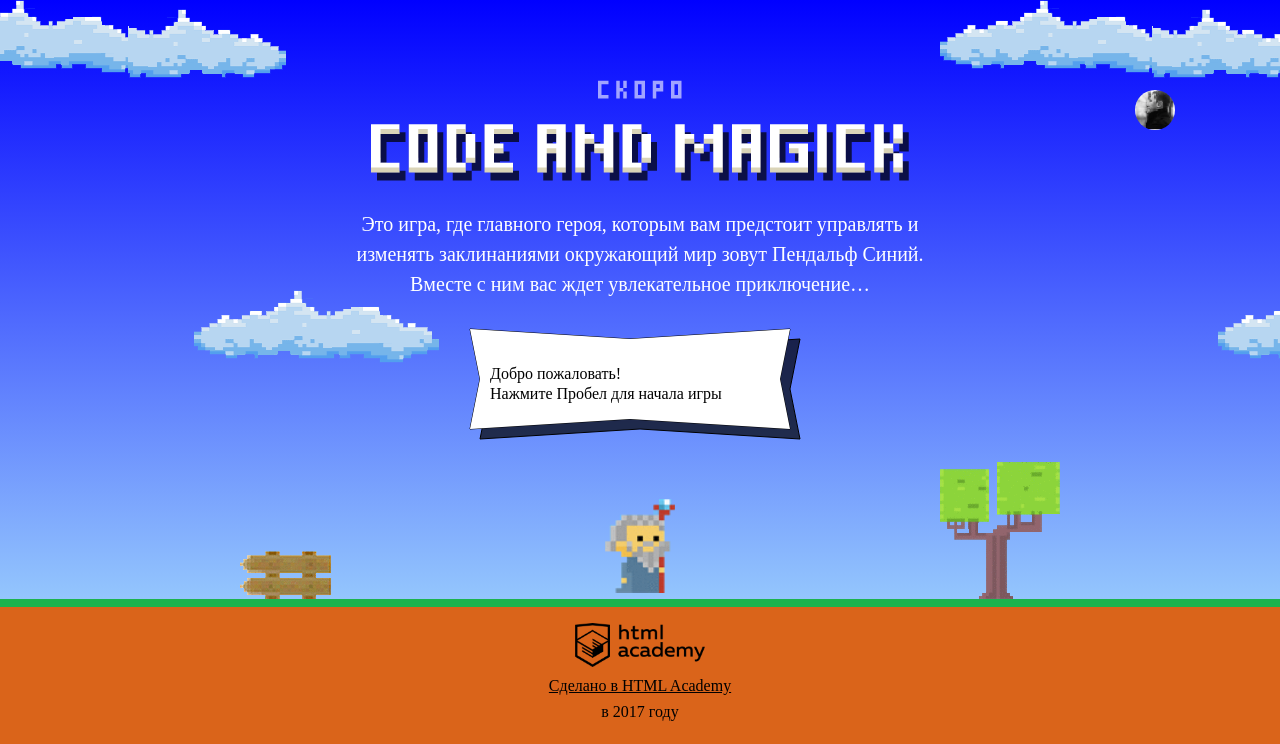
Repository: infernotw/1054987-code-and-magick-18
Page: index.html
These files come from the project's save history. The page is drawn as it stood at one moment and after the next save; the edit follows.
The browser window is 1280 px wide. The pictures show the whole page.
Some web fonts or font styles are not loaded; a fallback is used.

Above is the page before, as saved 2019-09-11 19:59:15.

After the next save:
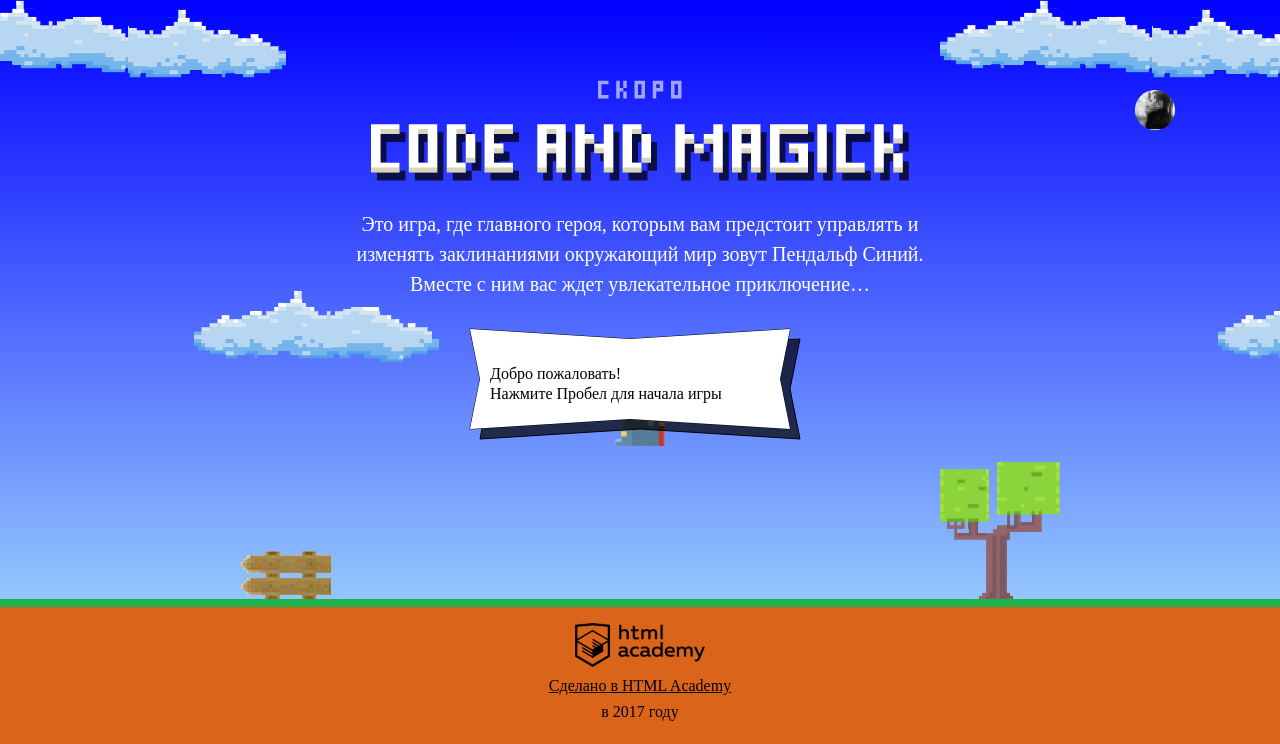
Saved 11 s later.
--- a/index.html
+++ b/index.html
@@ -199,7 +199,7 @@
   };
 
   var getWizardY = function(height) {
-    return (height / 3) * 2;
+    return height / 3 - getWizardHeight() / 2;
   };
 
 </script>
